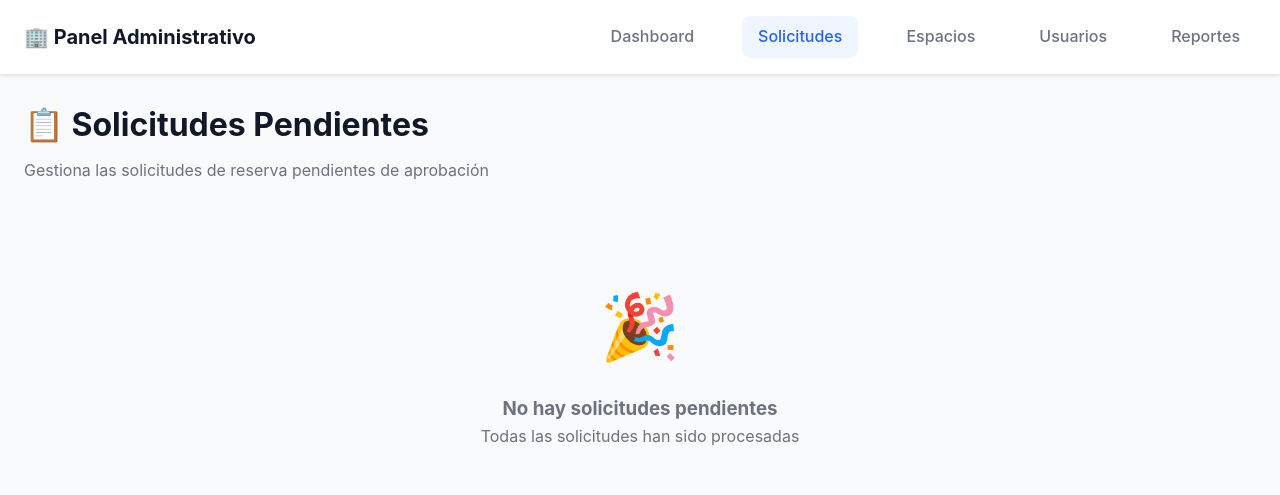
Repository: KeviNozh/Reservadeaula
Page: reservas/templates/reservas/solicitudes_pendientes.html
An editor plug-in stored every save of this project. The page is shown before and after the next save, followed by the edit.
The browser window is 1280 px wide. The pictures show the whole page.
The template is drawn by Django 5.2. The application's start-up code is not run. Other server files are loaded and not shown. The template is opened directly, without the code that normally fills it, so the values that code supplies are empty.

Above is the page before, as saved 2025-12-13 01:52:09.

### Inacap_reserva/reservas/templates/reservas/solicitudes_pendientes.html
<!DOCTYPE html>
<html lang="es">
<head>
    <meta charset="UTF-8">
    <meta name="viewport" content="width=device-width, initial-scale=1.0">
    <title>Solicitudes Pendientes - Sistema de Reservas</title>
    <style>
        * {
            margin: 0;
            padding: 0;
            box-sizing: border-box;
        }

        body {
            font-family: -apple-system, BlinkMacSystemFont, 'Segoe UI', Roboto, sans-serif;
            background-color: #F9FAFB;
            color: #111827;
            line-height: 1.6;
        }

        .header {
            background: white;
            border-bottom: 1px solid #E5E7EB;
            padding: 16px 24px;
            box-shadow: 0 1px 3px rgba(0,0,0,0.1);
        }

        .header-content {
            max-width: 1400px;
            margin: 0 auto;
            display: flex;
            justify-content: space-between;
            align-items: center;
        }

        .logo {
            font-size: 20px;
            font-weight: 700;
            color: #111827;
        }

        .nav-menu {
            display: flex;
            gap: 32px;
        }

        .nav-item {
            color: #6B7280;
            text-decoration: none;
            font-weight: 500;
            padding: 8px 16px;
            border-radius: 8px;
            transition: all 0.2s;
        }

        .nav-item:hover, .nav-item.active {
            color: #2563EB;
            background: #EFF6FF;
        }

        .main-content {
            max-width: 1400px;
            margin: 0 auto;
            padding: 24px;
        }

        .page-title {
            font-size: 32px;
            font-weight: 700;
            margin-bottom: 8px;
        }

        .page-subtitle {
            color: #6B7280;
            margin-bottom: 32px;
        }

        .solicitudes-grid {
            display: grid;
            gap: 20px;
        }

        .solicitud-card {
            background: white;
            border-radius: 12px;
            padding: 24px;
            box-shadow: 0 1px 3px rgba(0,0,0,0.1);
            border-left: 4px solid #F59E0B;
        }

        .solicitud-header {
            display: flex;
            justify-content: between;
            align-items: center;
            margin-bottom: 16px;
        }

        .espacio-nombre {
            font-size: 20px;
            font-weight: 600;
            color: #111827;
        }

        .solicitud-fecha {
            color: #6B7280;
            font-size: 14px;
        }

        .solicitud-info {
            margin-bottom: 20px;
        }

        .info-item {
            margin-bottom: 8px;
            font-size: 14px;
        }

        .solicitud-actions {
            display: flex;
            gap: 12px;
        }

        .btn-approve, .btn-reject, .btn-details {
            padding: 10px 20px;
            border: none;
            border-radius: 8px;
            cursor: pointer;
            font-weight: 500;
            transition: all 0.2s;
        }

        .btn-approve {
            background: #10B981;
            color: white;
        }

        .btn-approve:hover {
            background: #059669;
        }

        .btn-reject {
            background: #DC2626;
            color: white;
        }

        .btn-reject:hover {
            background: #B91C1C;
        }

        .btn-details {
            background: #2563EB;
            color: white;
        }

        .btn-details:hover {
            background: #1D4ED8;
        }

        .empty-state {
            text-align: center;
            padding: 60px 20px;
            color: #6B7280;
        }

        .empty-icon {
            font-size: 64px;
            margin-bottom: 16px;
        }
    </style>
</head>
<body>
    <header class="header">
        <div class="header-content">
            <div class="logo">🏢 Panel Administrativo</div>
            <nav class="nav-menu">
                <a href="{% url 'admin_dashboard' %}" class="nav-item">Dashboard</a>
                <a href="{% url 'solicitudes_pendientes' %}" class="nav-item active">Solicitudes</a>
                <a href="{% url 'gestion_espacios' %}" class="nav-item">Espacios</a>
                <a href="{% url 'gestion_usuarios' %}" class="nav-item">Usuarios</a>
                <a href="{% url 'reportes' %}" class="nav-item">Reportes</a>
            </nav>
        </div>
    </header>

    <main class="main-content">
        <div class="page-title">📋 Solicitudes Pendientes</div>
        <div class="page-subtitle">Gestiona las solicitudes de reserva pendientes de aprobación</div>

        <div class="solicitudes-grid">
            {% for solicitud in solicitudes %}
            <div class="solicitud-card">
                <div class="solicitud-header">
                    <h3 class="espacio-nombre">{{ solicitud.espacio.nombre }}</h3>
                    <span class="solicitud-fecha">{{ solicitud.fecha_solicitud|date:"d M Y H:i" }}</span>
                </div>

                <div class="solicitud-info">
                    <div class="info-item">
                        <strong>Solicitante:</strong>
                        {{ solicitud.solicitante.first_name }} {{ solicitud.solicitante.last_name }}
                    </div>
                    <div class="info-item">
                        <strong>Email:</strong> {{ solicitud.solicitante.email }}
                    </div>
                    <div class="info-item">
                        <strong>Fecha Reserva:</strong> {{ solicitud.fecha_reserva }}
                    </div>
                    <div class="info-item">
                        <strong>Horario:</strong> {{ solicitud.hora_inicio|time:"H:i" }} - {{ solicitud.hora_fin|time:"H:i" }}
                    </div>
                    <div class="info-item">
                        <strong>Asistentes:</strong> {{ solicitud.num_asistentes }} personas
                    </div>
                    <div class="info-item">
                        <strong>Propósito:</strong> {{ solicitud.proposito }}
                    </div>
                </div>

                <div class="solicitud-actions">
                    <button class="btn-approve" onclick="aprobarSolicitud({{ solicitud.id }})">
                        ✅ Aprobar
                    </button>
                    <button class="btn-reject" onclick="rechazarSolicitud({{ solicitud.id }})">
                        ❌ Rechazar
                    </button>
                    <a href="{% url 'revisar_solicitud' %}?id={{ solicitud.id }}" class="btn-details">
                        📋 Detalles
                    </a>
                </div>
            </div>
            {% empty %}
            <div class="empty-state">
                <div class="empty-icon">🎉</div>
                <h3>No hay solicitudes pendientes</h3>
                <p>Todas las solicitudes han sido procesadas</p>
            </div>
            {% endfor %}
        </div>
    </main>

    <script>
        function getCSRFToken() {
            const name = 'csrftoken';
            let cookieValue = null;
            if (document.cookie && document.cookie !== '') {
                const cookies = document.cookie.split(';');
                for (let i = 0; i < cookies.length; i++) {
                    const cookie = cookies[i].trim();
                    if (cookie.substring(0, name.length + 1) === (name + '=')) {
                        cookieValue = decodeURIComponent(cookie.substring(name.length + 1));
                        break;
                    }
                }
            }
            return cookieValue;
        }

        async function aprobarSolicitud(solicitudId) {
            if (confirm('¿Estás seguro de que deseas aprobar esta solicitud?')) {
                try {
                    const response = await fetch(`/api/reservas/${solicitudId}/aprobar/`, {
                        method: 'POST',
                        headers: {
                            'Content-Type': 'application/json',
                            'X-CSRFToken': getCSRFToken()
                        },
                        body: JSON.stringify({})
                    });

                    const data = await response.json();

                    if (data.success) {
                        alert('Solicitud aprobada exitosamente');
                        location.reload();
                    } else {
                        alert('Error: ' + data.error);
                    }
                } catch (error) {
                    alert('Error de conexión: ' + error);
                }
            }
        }

        async function rechazarSolicitud(solicitudId) {
            const motivo = prompt('Ingresa el motivo del rechazo:');
            if (motivo) {
                try {
                    const response = await fetch(`/api/reservas/${solicitudId}/rechazar/`, {
                        method: 'POST',
                        headers: {
                            'Content-Type': 'application/json',
                            'X-CSRFToken': getCSRFToken()
                        },
                        body: JSON.stringify({
                            motivo: motivo
                        })
                    });

                    const data = await response.json();

                    if (data.success) {
                        alert('Solicitud rechazada exitosamente');
                        location.reload();
                    } else {
                        alert('Error: ' + data.error);
                    }
                } catch (error) {
                    alert('Error de conexión: ' + error);
                }
            }
        }
    </script>
</body>
</html>

After the next save:
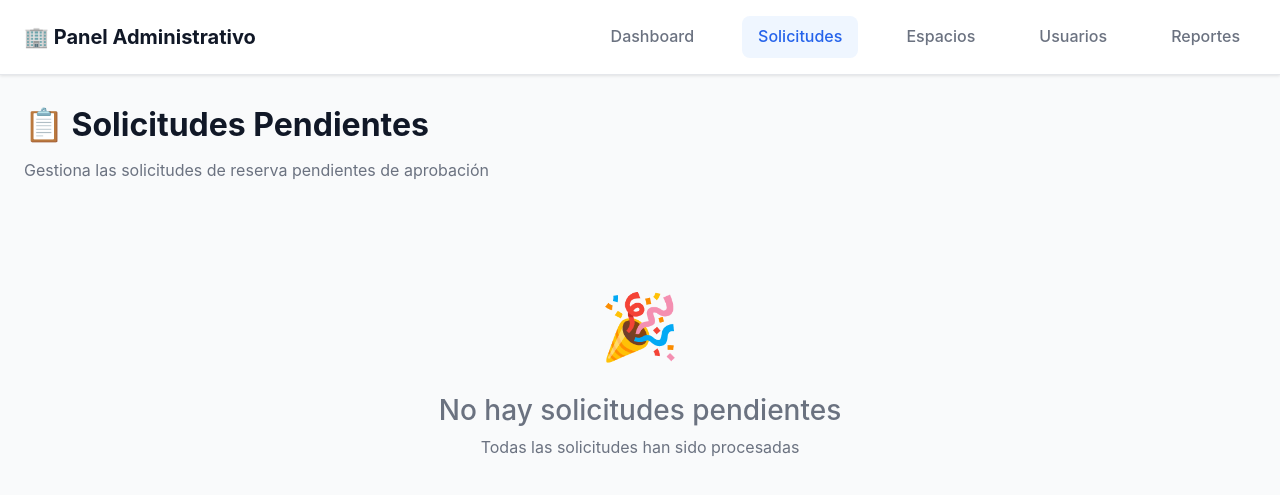
Saved 53 s later.
--- a/Inacap_reserva/reservas/templates/reservas/solicitudes_pendientes.html
+++ b/Inacap_reserva/reservas/templates/reservas/solicitudes_pendientes.html
@@ -4,6 +4,8 @@
     <meta charset="UTF-8">
     <meta name="viewport" content="width=device-width, initial-scale=1.0">
     <title>Solicitudes Pendientes - Sistema de Reservas</title>
+    <link rel="stylesheet" href="https://cdn.jsdelivr.net/npm/bootstrap@5.3.2/dist/css/bootstrap.min.css">
+    <link rel="stylesheet" href="https://cdn.jsdelivr.net/npm/bootstrap-icons@1.11.1/font/bootstrap-icons.css">
     <style>
         * {
             margin: 0;
